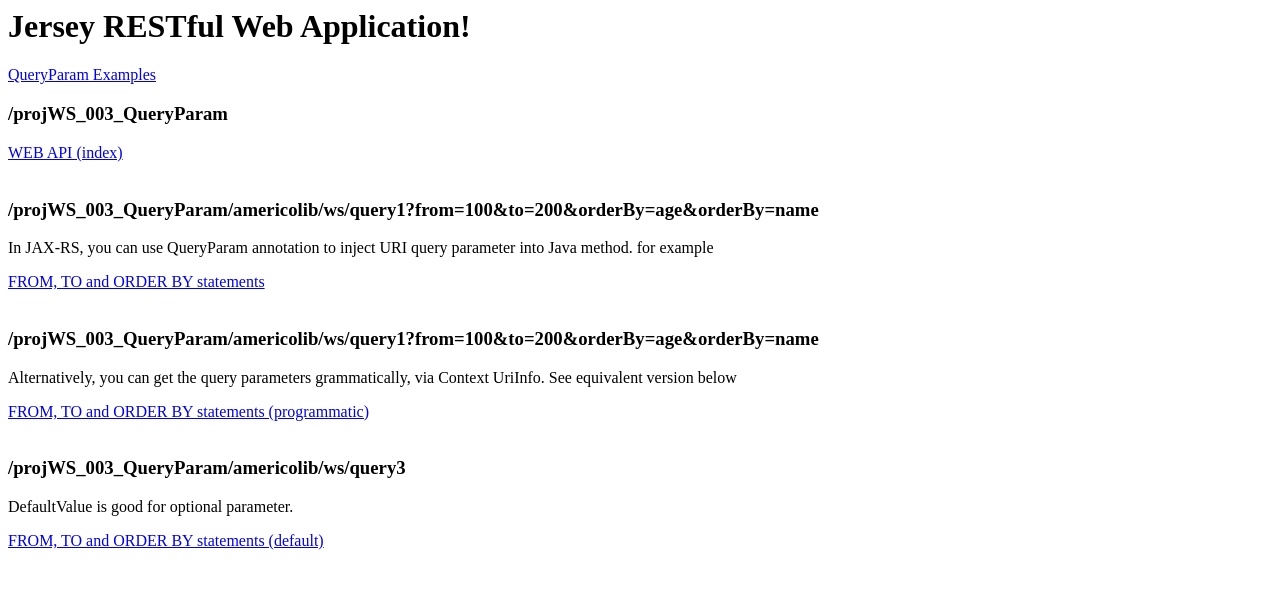
Repository: atafs/BackEnd_JAX-RS_REST_2continue
Page: http://localhost/projWS_003_QueryParam/
An editor plug-in stored every save of this project. The page is shown before and after the next save, followed by the edit.
The browser window is 1280 px wide. The pictures show the whole page.
The page is served by Tomcat 9. Other server files are loaded and not shown.

Above is the page before, as saved 2016-05-02 10:15:50.

### projWS_003_QueryParam/src/main/webapp/index.jsp
<html>
<body>
    <!-- TITLE -->
	<h1>Jersey RESTful Web Application!</h1>


	<!-- TEXT -->
	<a href="http://www.mkyong.com/webservices/jax-rs/jax-rs-queryparam-example/">QueryParam Examples</a><br/>

	<!-- LINKS -->
	<h3>/projWS_003_QueryParam</h3>
	<a href="http://localhost:8085/projWS_003_QueryParam/">WEB API (index)</a><br/><br/>

	<h3>/projWS_003_QueryParam/americolib/ws/query1?from=100&to=200&orderBy=age&orderBy=name</h3>
	<p>In JAX-RS, you can use QueryParam annotation to inject URI query parameter into Java method. for example</p>
	<a href="http://localhost:8085/projWS_003_QueryParam/americolib/ws/query1?from=100&to=200&orderBy=age&orderBy=name">FROM, TO and ORDER BY statements</a><br/><br/>

	<h3>/projWS_003_QueryParam/americolib/ws/query1?from=100&to=200&orderBy=age&orderBy=name</h3>
	<p>Alternatively, you can get the query parameters grammatically, via Context UriInfo. See equivalent version below</p>
	<a href="http://localhost:8085/projWS_003_QueryParam/americolib/ws/query2?from=100&to=200&orderBy=age&orderBy=name">FROM, TO and ORDER BY statements (programmatic)</a><br/><br/>

	<h3>/projWS_003_QueryParam/americolib/ws/query3</h3>
	<p>DefaultValue is good for optional parameter.</p>
	<a href="http://localhost:8085/projWS_003_QueryParam/americolib/ws/query3">FROM, TO and ORDER BY statements (default)</a><br/><br/>




</body>
</html>

After the next save:
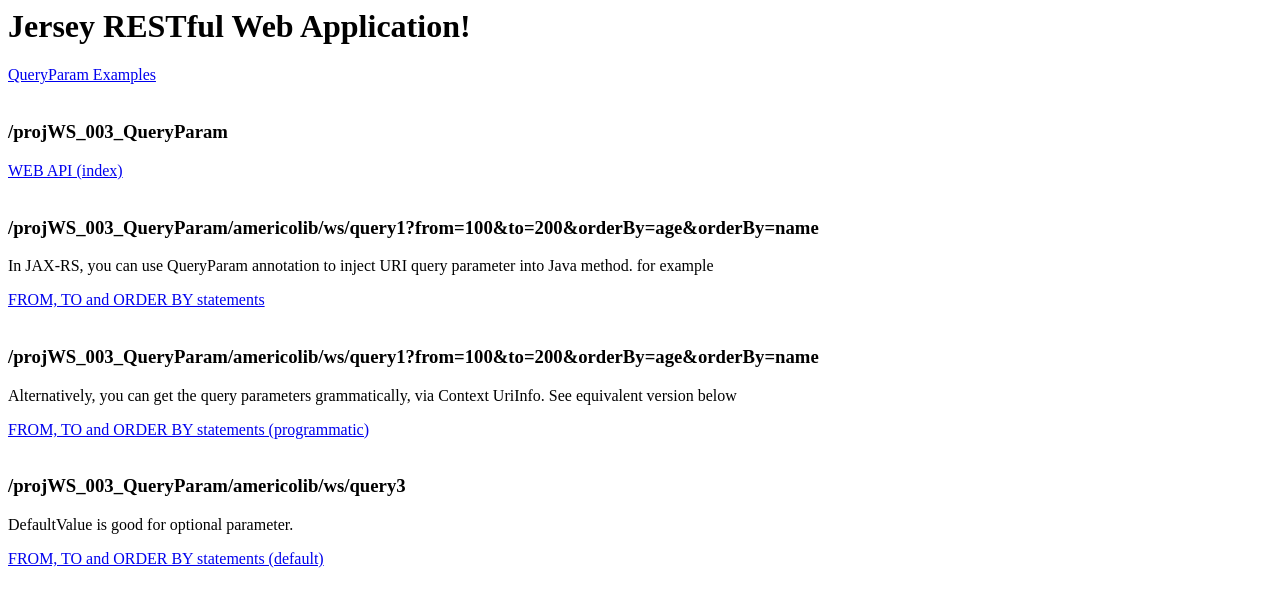
Saved 11 s later.
--- a/projWS_003_QueryParam/src/main/webapp/index.jsp
+++ b/projWS_003_QueryParam/src/main/webapp/index.jsp
@@ -5,7 +5,7 @@
 
 
 	<!-- TEXT -->
-	<a href="http://www.mkyong.com/webservices/jax-rs/jax-rs-queryparam-example/">QueryParam Examples</a><br/>
+	<a href="http://www.mkyong.com/webservices/jax-rs/jax-rs-queryparam-example/">QueryParam Examples</a><br/><br/>
 
 	<!-- LINKS -->
 	<h3>/projWS_003_QueryParam</h3>
